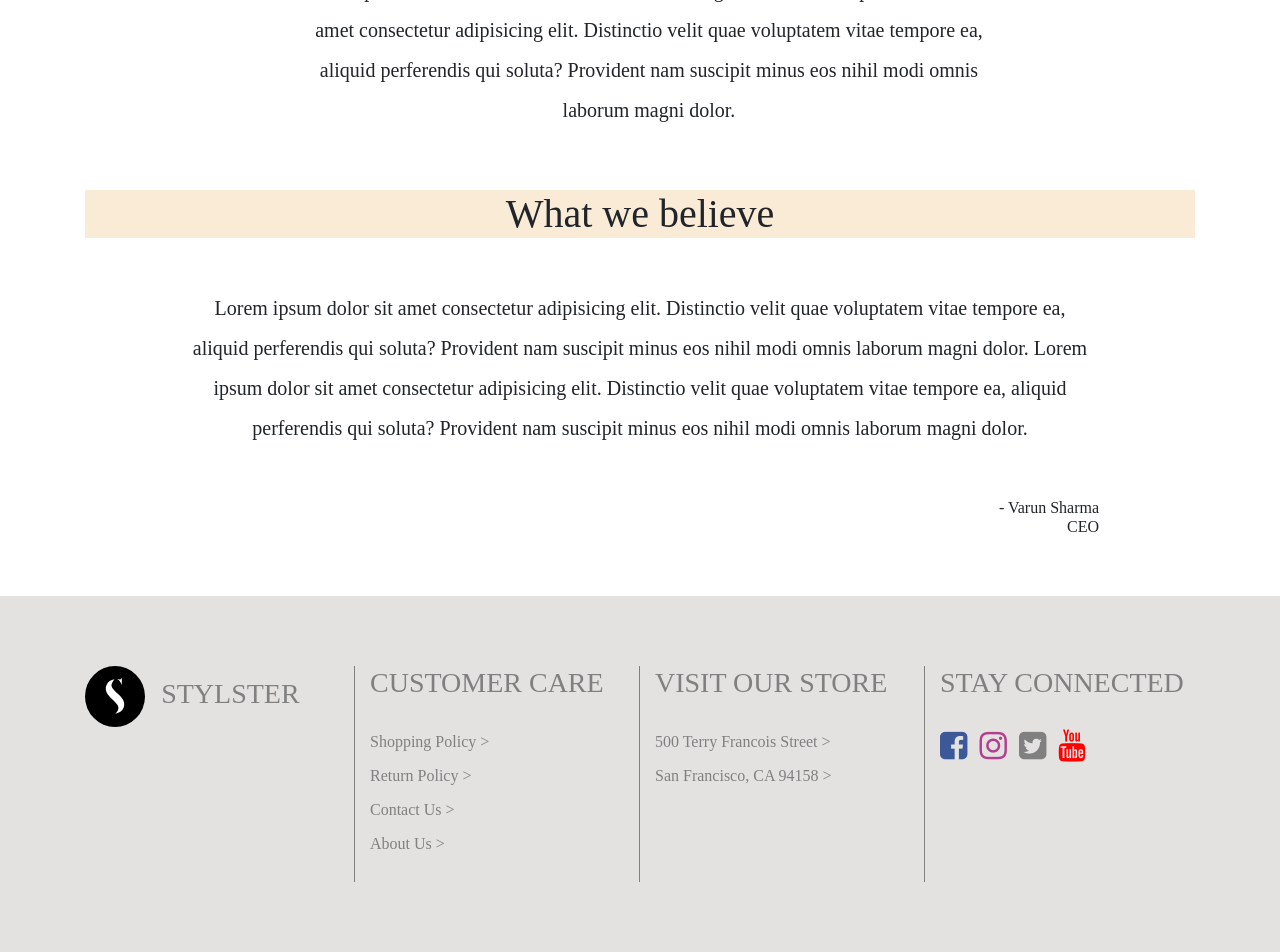
Repository: Lovekr/stylester
Page: stylster_frontend_design/career.html
These files come from the project's save history. The page is drawn as it stood at one moment and after the next save; the edit follows.
The browser window is 1280 px wide. The pictures show the part of the page from y = 935 to 1887 px (the page is 1887 px tall).
Some web fonts or font styles are not loaded; a fallback is used.

Above is the page before, as saved 2020-02-26 15:21:59.

### stylster_frontend_design/career.html
<!DOCTYPE html>
<html lang="en">
<head>
    <meta charset="UTF-8">
    <meta name="viewport" content="width=device-width, initial-scale=1.0">
    <link rel="stylesheet" href="https://stackpath.bootstrapcdn.com/bootstrap/4.4.1/css/bootstrap.min.css" >
     <link rel="stylesheet" href="./css/owl.carousel.css">
     <link rel="stylesheet" href="./css//owl.theme.default.min.css">
     <link rel="stylesheet" href="https://cdnjs.cloudflare.com/ajax/libs/font-awesome/4.7.0/css/font-awesome.min.css">
    <link rel="stylesheet" href="./css/career.css">

    <title>STYLSTER</title>
</head>
<body>


  <div id="navbar">
    <nav class="navbar navbar-expand-lg navbar-light">
        <img class="pr-3"
        src="./asset/stylster logo1-01.svg"><a class="navbar-brand" href="#">STYLSTER</a>

      <button class="navbar-toggler" type="button" data-toggle="collapse" data-target="#navbarSupportedContent" aria-controls="navbarSupportedContent" aria-expanded="false" aria-label="Toggle navigation">
        <span class="navbar-toggler-icon"></span>
    </button>
        <div class="collapse navbar-collapse" id="navbarSupportedContent">
          <input type="text" placeholder="e.g. T-shirt, Top ...">
          <div class="navbar-manu-inside">
            <a href="#">MEN</a>
            <a href="#">WOMEN</a>
            <a href="#">DEALS</a>
            <a href="#">STYLE PICK</a>
            <a href="#">BLOGGER NETWORK</a>
            <a href="#">ABOUT</a>
          </div>
          <div class="displaynone1000">
            <div>
                <i class="fa fa-facebook-square"></i>
                <i class="fa fa-instagram"></i>
                <i class="fa fa-pinterest-square"></i>
                <i class="fa fa-youtube"></i>
              </div>
              <div class="flexIcon">
                <i class="fa fa-heart border border-dark"></i>
                    <i class="fa fa-user border border-dark"></i>
              </div>
          </div>
        </div>

    </nav>
    <div class="navbar-manu">
      <a href="#">MEN</a>
      <a href="#">WOMEN</a>
      <a href="#">DEALS</a>
      <a href="#">STYLE PICK</a>
      <a href="#">BLOGGER NETWORK</a>
      <a href="#">ABOUT</a>
    </div>
</div>
<div class="container mt-5 interested text-center">
  <div class="flex1">
       <h4 class="mr-3 pb-2">I'm Interested in </h4>
       <select class="mr-3 mb-2 form-control" id="exampleFormControlSelect1">
           <option>Choose your category </option>
           <option>2</option>
           <option>3</option>
           <option>4</option>
           <option>5</option>
       </select>
       <div>
           <button type="button" class="btn">GO</button>
       </div>
  </div>
</div>
    <div class="main-header bgOffice">
        <h1 class="career-header">Join Stylster...</h1>
        <span class="backgroundimg"></span>
    </div>
        <div class="container-fluid ">

            <div class="career-sub-text">
                <p>Lorem ipsum dolor sit amet consectetur adipisicing elit. Distinctio velit quae voluptatem vitae tempore ea, aliquid perferendis qui soluta? Provident nam suscipit minus eos nihil modi omnis laborum magni dolor. Lorem ipsum dolor sit amet consectetur adipisicing elit. Distinctio velit quae voluptatem vitae tempore ea, aliquid perferendis qui soluta? Provident nam suscipit minus eos nihil modi omnis laborum magni dolor.</p>
            </div>
            <div class="text-center career-head-believe container">
                <h1>What we believe</h1>
                <p>Lorem ipsum dolor sit amet consectetur adipisicing elit. Distinctio velit quae voluptatem vitae tempore ea, aliquid perferendis qui soluta? Provident nam suscipit minus eos nihil modi omnis laborum magni dolor. Lorem ipsum dolor sit amet consectetur adipisicing elit. Distinctio velit quae voluptatem vitae tempore ea, aliquid perferendis qui soluta? Provident nam suscipit minus eos nihil modi omnis laborum magni dolor.</p>
               <div class="text-right mr-5 pr-5">
                <h6>- Varun Sharma </h6>
                <h6 class="">CEO</h6>
               </div>
            </div>
        </div>


        <div id="footer" class="container-fluid">
          <div class="row">
              <div class="col-xs-12 col-sm-6 col-md-3 rline">
                <h3 class="footer-stylster"><img class="pr-3" src="./asset/stylster logo1-01.svg">STYLSTER</h1>


              </div>
              <div class="col-xs-12 col-sm-6 col-md-3 rline rline3">
                  <h3>CUSTOMER CARE</h3>
                  <ul>
                      <li><a href="#">Shopping Policy ></a></li>
                      <li><a href="#">Return Policy ></a></li>
                      <li><a href="#">Contact Us ></a></li>
                      <li><a href="#">About Us ></a></li>
                  </ul>

              </div>
              <div class="col-xs-12 col-sm-6 col-md-3 rline">
                  <h3>VISIT OUR STORE</h3>
                  <ul>
                      <li><a href="#">500 Terry Francois Street ></a></li>
                      <li><a href="#">San Francisco, CA 94158 ></a></li>

                  </ul>
              </div>
              <div class="col-xs-12 col-sm-6 col-md-3 rline2">
                  <h3>STAY CONNECTED</h3>
                  <div class="mt-4">
                      <a href="#"><i class="fa fa-facebook-square fa-2x pr-2"></i></a>
                      <a href="#"><i class="fa fa-instagram fa-2x pr-2"></i></a>
                      <a href="#"><i class="fa fa-twitter-square fa-2x pr-2"></i></a>
                      <a href="#"><i class="fa fa-youtube fa-2x "></i></a>

                  </div>
              </div>
          </div>
        </div>


<script src="https://code.jquery.com/jquery-3.4.1.slim.min.js" ></script>
<script src="https://cdn.jsdelivr.net/npm/popper.js@1.16.0/dist/umd/popper.min.js" ></script>
<script src="https://stackpath.bootstrapcdn.com/bootstrap/4.4.1/js/bootstrap.min.js" ></script>

</body>
</html>

### stylster_frontend_design/css/career.css
@import url('https://fonts.googleapis.com/css?family=Allerta+Stencil&display=swap');
html *
{
    font-family: 'Allerta Stencil';

}
*{
    margin: 0;
    padding: 0;
}
h1,h2,h3,h4,h5,h6,p{
    padding: 0px;
    margin: 0px;
}
.backgroundimg {
    background-image: "./asset/brown leaf-01.svg";
}

/* navbar */


#navbar{
    background-color: rgb(218, 214, 214) !important;
}
#navbar .navbar-brand{
    font-size: 40px;
    font-weight: 500;
}
#navbar i{
    margin-right: 10px;
    font-size: 20px;
}

#navbar .nav-link{
    color: black;
    margin:0px 20px 0px 20px;
    text-decoration: underline;
    font-weight: 500;
}

.flexIcon{
    display: flex;
    justify-content: center;
    width: 100%;
}
.flexIcon i{

   width: 30px;
   padding: 3px  7px;
   height: 25px;
}

#navbar input{
    width: 65%;
    margin:auto 200px auto 30px;
     outline: 0;
    border-width: 0 0 2px;
    border-color: rgb(179, 174, 174);
    background-color: rgb(218, 214, 214) !important;

}
#navbar input:focus {
    border-color: black
  }
  #navbar input::placeholder{
      padding-left: 10px;
  }

.navbar-manu{
    display: flex;
    justify-content: center;
}
.navbar-manu a{
    margin: 10px 50px;
}
.navbar-manu a{
    color: black !important;
   font-weight: 500;
}
.navbar-manu a:hover{
    text-decoration: underline;
}
.fa-facebook-square {
    color: #3b5998;
  }
.fa-instagram {
    color: #B43E8E;
}
.fa-pinterest-square {
    color: #bd081c;
}
.fa-youtube {
      color: #FF0000;
}
::placeholder {
    color:white !important;
}
@media only screen and (min-width: 1000px){
    .navbar-manu-inside{
        display: none;
    }
}

@media only screen and (max-width: 1000px){
    .displaynone1000{
        display: none;
    }
    .navbar-manu{
        display: none;

    }

    .navbar-manu-inside {
        display: flex;
        flex-direction: column;
        margin: 20px 0px 20px 30px;
        padding: 20px 0px;
    }

    .navbar-manu-inside a{
            margin: 10px 0px;
            color: black !important;
            font-weight: 500;
    }

}
@media only screen and (max-width: 1024px){
    #navbar input {
    width: 50%;
    }
    .navbar-manu a {
        margin: 10px 20px;
    }
}

@media only screen and (max-width: 770px){
    #navbar input {
        width: 70%;
    }
}

@media only screen and (max-width: 450px){
    #navbar input {
        width: 100%;
        margin:auto;
        margin-top: 15px;
    }
}











  /* main header */

  .bgOffice{
      background: url('https://images.unsplash.com/photo-1497366811353-6870744d04b2?ixlib=rb-1.2.1&ixid=eyJhcHBfaWQiOjEyMDd9&auto=format&fit=crop&w=750&q=80');
      background-size: cover;
      width: 100%;
      height: 90vh;
      background-position: center;
      background-repeat: no-repeat;


    }

.bgOffice .career-header{
    position: relative;
    top: 35%;
    width: 900px !important;
    text-align: right;

    font-size: 80px;
    background-color: antiquewhite;
    opacity: .7;
    padding: 3px 20px;
    width: 500px;
}

.career-sub-text{
    background-color: white;
    width: 60vw;
    position: relative;;
   top: -100px;
   left: 20%;
    line-height: 40px;
    padding: 50px;
    width: 100;
    border-radius: 20px;
    align-items: center;
    font-size: 20px;
    text-align: center;
}
.career-head-believe{
    margin-top:-90px !important;
}
.career-head-believe h1{
     background-color: antiquewhite;
     padding: 0px 300px;

}

.career-head-believe p{
    padding: 50px 100px;
    font-size: 20px;
    line-height: 40px;
}
.interested{
    padding: 0px 150px;

}
.interested select{
    width: 400px;
}

.interested .form-control{
    color: white;
    background-color: black;
}
.interested .btn{
    background-color: black;
    color: white;
    font-weight: 600;
}
.interested button:hover{
    background-color: rgb(163, 157, 157);
    color: black;
}
.interested .flex1{
    display: flex;
    justify-content: center;
}

/* responsive 1024 */


@media only screen and (max-width: 1100px) {
    #navbar .displaynone1000{
       display: none;
    }
    .bgOffice .career-header {
        width: 730px !important;
    }
    .career-sub-text {
        bottom: -10%;
        font-size: 25px;
    }
    .career-head-believe p{
        font-size: 25px;
    }


}

/* responsive 770 */

@media only screen and (max-width: 770px) {

  .career-head-believe p {
        padding: 50px 100px;
    }

    .career-sub-text {
        width: 80vw;
        left: 10%;
        bottom: -20% !important;
        font-size: 18px;

    }
    .bgOffice .career-header {
        width: 650px !important;
    }
    .career-head-believe{
        margin-top: 300px;
    }
    .career-head-believe h1{
        padding: 0px  100px;
    }
    .career-head-believe p{
        font-size: 18px;
    }
    .interested .flex1{

    }
    .flex1{
        display: flex;
        flex-direction: column;
        justify-content: center;
    }

}


/* footer */


#footer .row{
    padding: 70px;

}

#footer{
    margin-top: 60px;
    background-color: rgb(228, 226, 225);
}
/* .footer-stylster{
    line-height: 0;
} */
#footer ul {
    list-style: none;
}
#footer a,#footer h3{
    color: gray;
}
#footer a:hover{
    color: black;
    font-weight: 500;
}

.rline{
    border-right: 1px solid gray;

}

#footer ul li{
    padding-bottom: 10px;
}
#footer h3{
    margin-bottom: 30px;
}

@media only screen and (max-width: 770px){


    #footer .row {
        padding: 30px;
    }


}

@media only screen and (max-width: 420px){

    .rline{
        border: none;
    }

}


@media only screen and (max-width: 1024px){
    .career-sub-text {
        bottom: -5%;
    }
    .career-sub-text {

        width: 80vw;

        top: -200px;
        left: 10%;

    }
}

/* min 1024 */
@media only screen and (min-width: 1030px) {

    .bgOffice .career-header {
        width: 650px ;
    }
    .career-sub-text {
        bottom: -30%;
    }

}

@media only screen and (max-width: 380px){
    /* .career-sub-text {
        bottom: -20;
    } */
}
/* max 400 */
@media only screen and (max-width: 450px){
    .bgOffice .career-header {
        width: 300px !important;
        font-size: 30px;
    }
    .career-head-believe{
        margin-top: -180px !important;
    }
    .interested {
        align-items: center;
    }
    .interested select{
        width: 250px;
        display: flex !important;
        width: 100%;
        justify-content: center;
    }
    .form-control{
        display: none;
    }
    .career-sub-text{
        font-size: 14px;
        line-height: 1.5;
        padding: 20px;
        width: 80vw;
        left: 7%;
    }
    .career-head-believe{
         margin-top: 200px;
    }
    .career-head-believe p{
        padding: 50px 20px;
        line-height: 1.5;
        font-size: 14px;
    }
    .career-sub-text {
        bottom: -25%;
    }
    .interested {
        padding: 0px 50px;
    }
    .career-head-believe h1{
        padding: 0px  50px;
        font-size: 30px;
    }
    .interested .btn{
        padding: 0;
    height: 35px;
    width: 50px;
    }


}

/* @media only screen and (max-width: 500px){
    .bgOffice .career-header {
        top: ;
} */

Loaded but not shown: stylster_frontend_design/css/owl.carousel.css (library); stylster_frontend_design/css/owl.theme.default.min.css (common file)

After the next save:
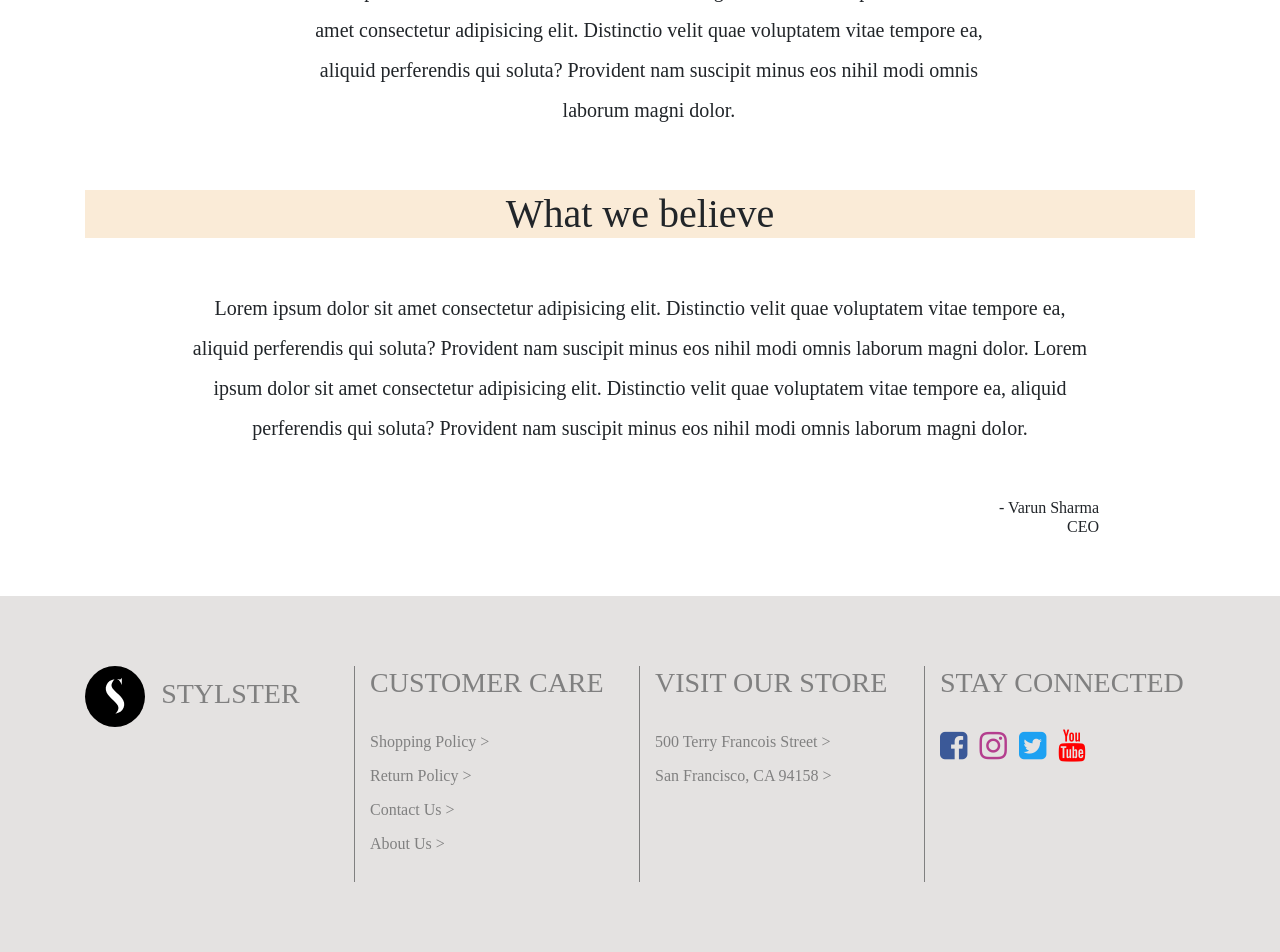
Saved 101 s later.
--- a/stylster_frontend_design/css/career.css
+++ b/stylster_frontend_design/css/career.css
@@ -91,6 +91,9 @@ h1,h2,h3,h4,h5,h6,p{
 }
 .fa-youtube {
       color: #FF0000;
+}
+.fa-twitter-square {
+    color: #1da1f2;
 }
 ::placeholder {
     color:white !important;
